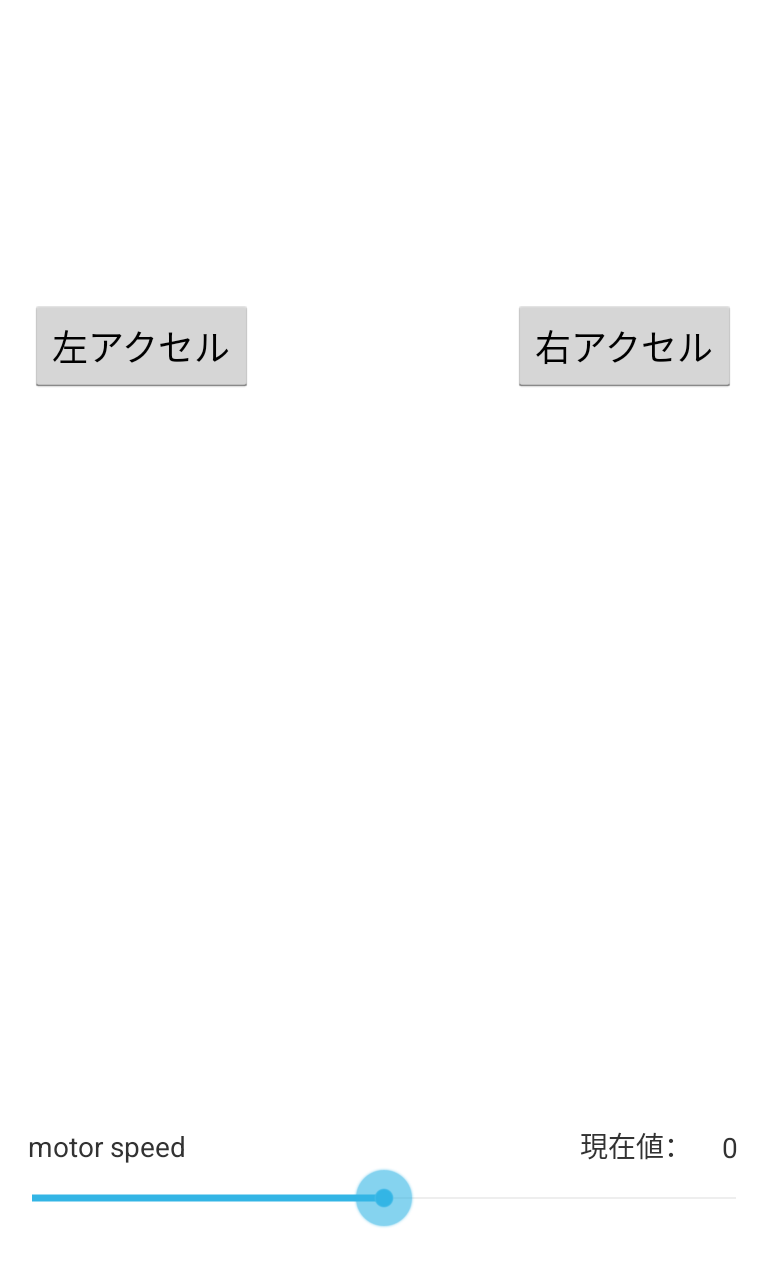
Repository: takugoto/2WD-car
Layout: workspace/2WDcar/res/layout/activity_main.xml
An editor plug-in stored every save of this project. The layout is shown before and after the next save, followed by the edit.
It is drawn on a 768 x 1280 px phone screen (xhdpi) without system bars, with theme AppTheme; the app's code is not run.

Above is the layout before, as saved 2012-12-13 04:59:34.

After the next save:
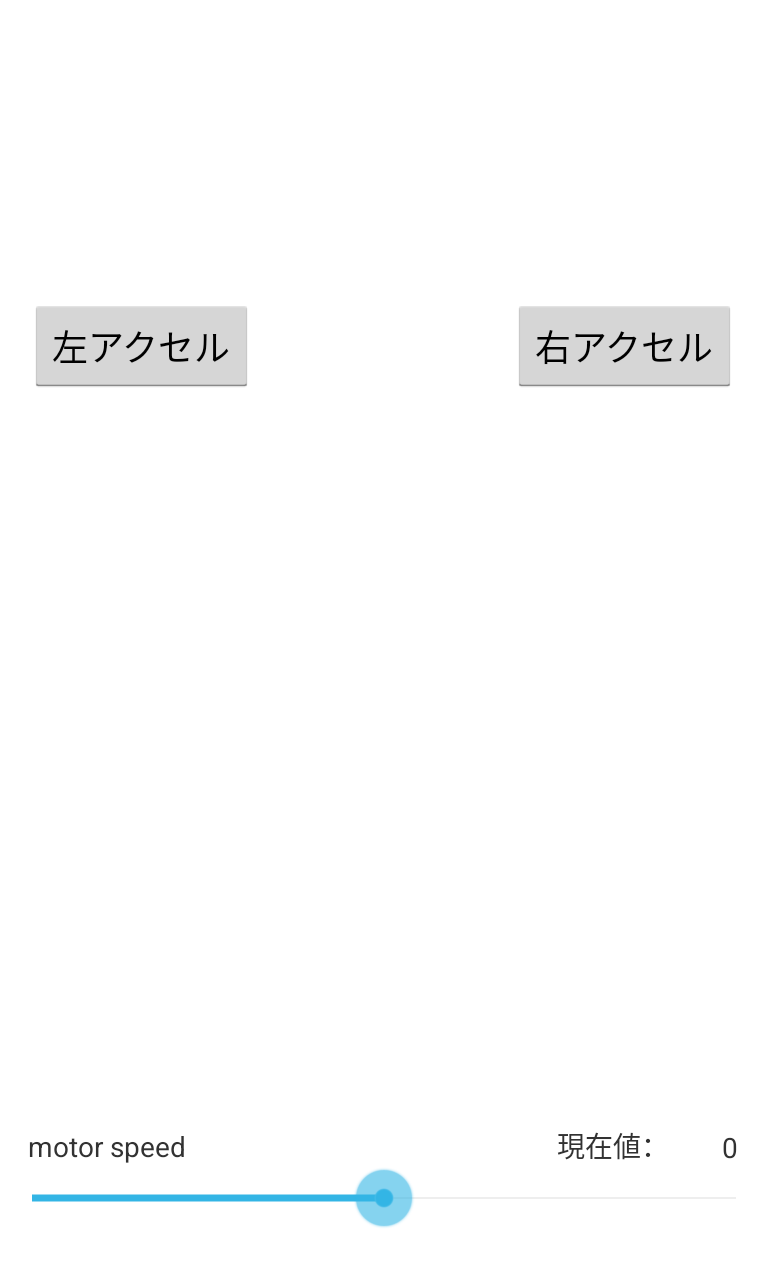
Saved 3 s later.
--- a/workspace/2WDcar/res/layout/activity_main.xml
+++ b/workspace/2WDcar/res/layout/activity_main.xml
@@ -34,12 +34,20 @@
         android:text="右アクセル" />
 
     <TextView
+        android:id="@+id/textView2"
+        android:layout_width="wrap_content"
+        android:layout_height="wrap_content"
+        android:layout_above="@+id/seekBar1"
+        android:layout_alignRight="@+id/button3"
+        android:text="0" />
+
+    <TextView
         android:id="@+id/textView3"
         android:layout_width="wrap_content"
         android:layout_height="wrap_content"
         android:layout_above="@+id/seekBar1"
-        android:layout_alignRight="@+id/button3"
-        android:layout_marginRight="23dp"
+        android:layout_alignLeft="@+id/button3"
+        android:layout_marginLeft="23dp"
         android:text="現在値：" />
 
     <TextView
@@ -51,12 +59,4 @@
         android:layout_alignLeft="@+id/button1"
         android:text="motor speed" />
 
-    <TextView
-        android:id="@+id/textView2"
-        android:layout_width="wrap_content"
-        android:layout_height="wrap_content"
-        android:layout_above="@+id/seekBar1"
-        android:layout_alignRight="@+id/button3"
-        android:text="0" />
-
 </RelativeLayout>
